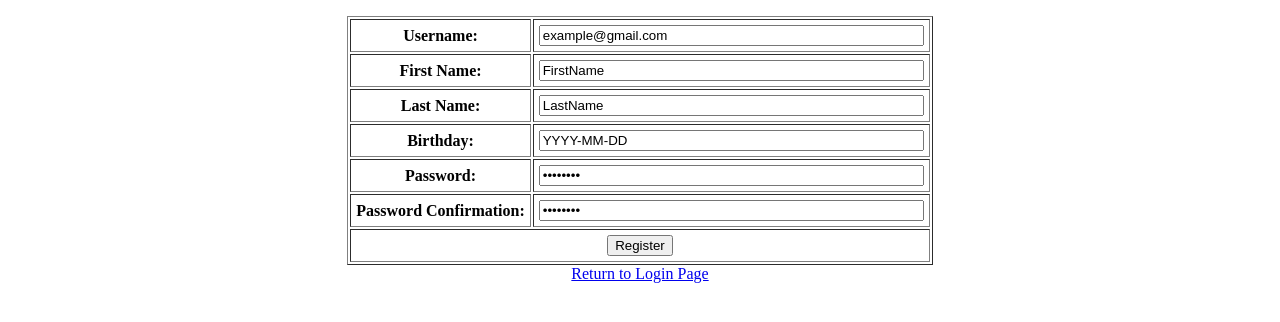
Repository: OmerMohammed123/datebase_project1
Page: http://localhost/database/register.jsp
The author's editor kept a copy of each file at every save. The page is drawn from the files as they stood at one save, then again after the next save.
The browser window is 1280 px wide. The pictures show the whole page.
The page is served by Tomcat 9.

Above is the page before, as saved 2023-10-26 01:15:44.

After the next save:
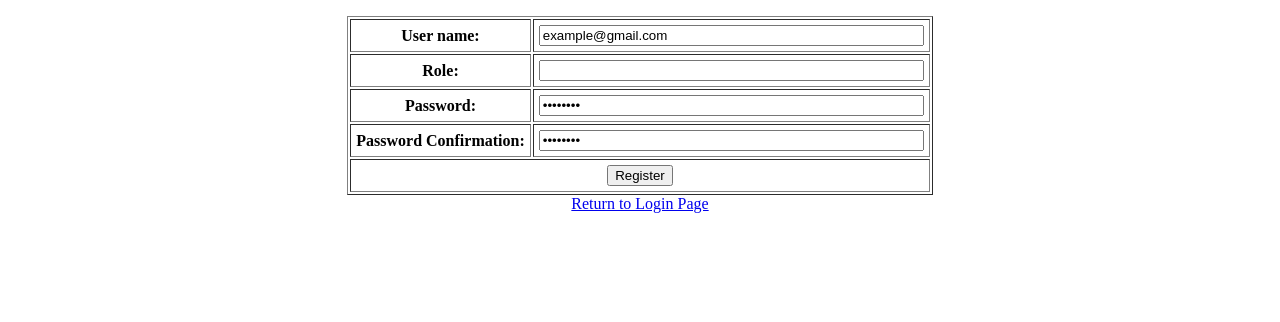
Saved 69 s later.
--- a/database/WebContent/register.jsp
+++ b/database/WebContent/register.jsp
@@ -10,30 +10,19 @@
 		<form action="register">
 			<table border="1" cellpadding="5">
 				<tr>
-					<th>Username: </th>
+					<th>User name: </th>
 					<td align="center" colspan="3">
 						<input type="text" name="email" size="45"  value="example@gmail.com" onfocus="this.value=''">
 					</td>
 				</tr>
+
 				<tr>
-					<th>First Name: </th>
+					<th>Role: </th>
 					<td align="center" colspan="3">
-						<input type="text" name="firstName" size="45" value="FirstName" onfocus="this.value=''">
+						<input type="text" name="role" size="45"  value="" onfocus="this.value=''">
 					</td>
 				</tr>
-				<tr>
-					<th>Last Name: </th>
-					<td align="center" colspan="3">
-						<input type="text" name="lastName" size="45" value="LastName" onfocus="this.value=''">
-					</td>
-				</tr>
-				<tr>
-					<th>Birthday: </th>
-					<td align="center" colspan="3">
-						<input type="text" name="birthday" size="45" value="YYYY-MM-DD" onfocus="this.value=''">
-					</td>
 
-				</tr>
 				<tr>
 					<th>Password: </th>
 					<td align="center" colspan="3">
